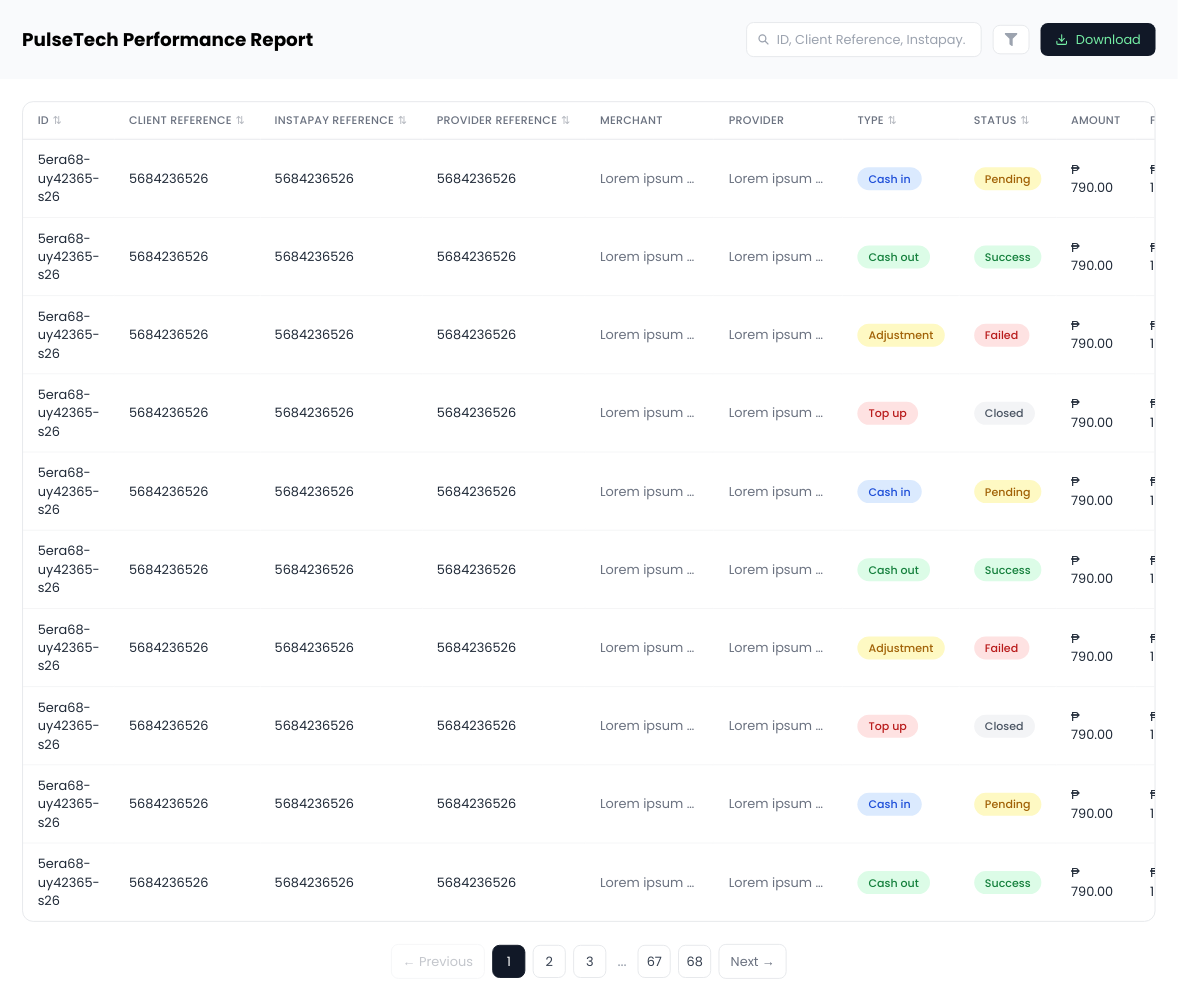
Repository: ShyrineJardin/pulse_admin
Page: /dashboard
The author's editor kept a copy of each file at every save. The page is drawn from the files as they stood at one save, then again after a run of saves.
The browser window is 1280 px wide. The pictures show the whole page, at 92% of full size.
The project was rebuilt for these pictures with package versions that can differ from the ones it lists, and the page was loaded fresh each time. Also part of the build but not shown: src/components/Login.jsx.

Above is the page before, as saved 2026-03-26 15:17:24.

After the next 2 saves:
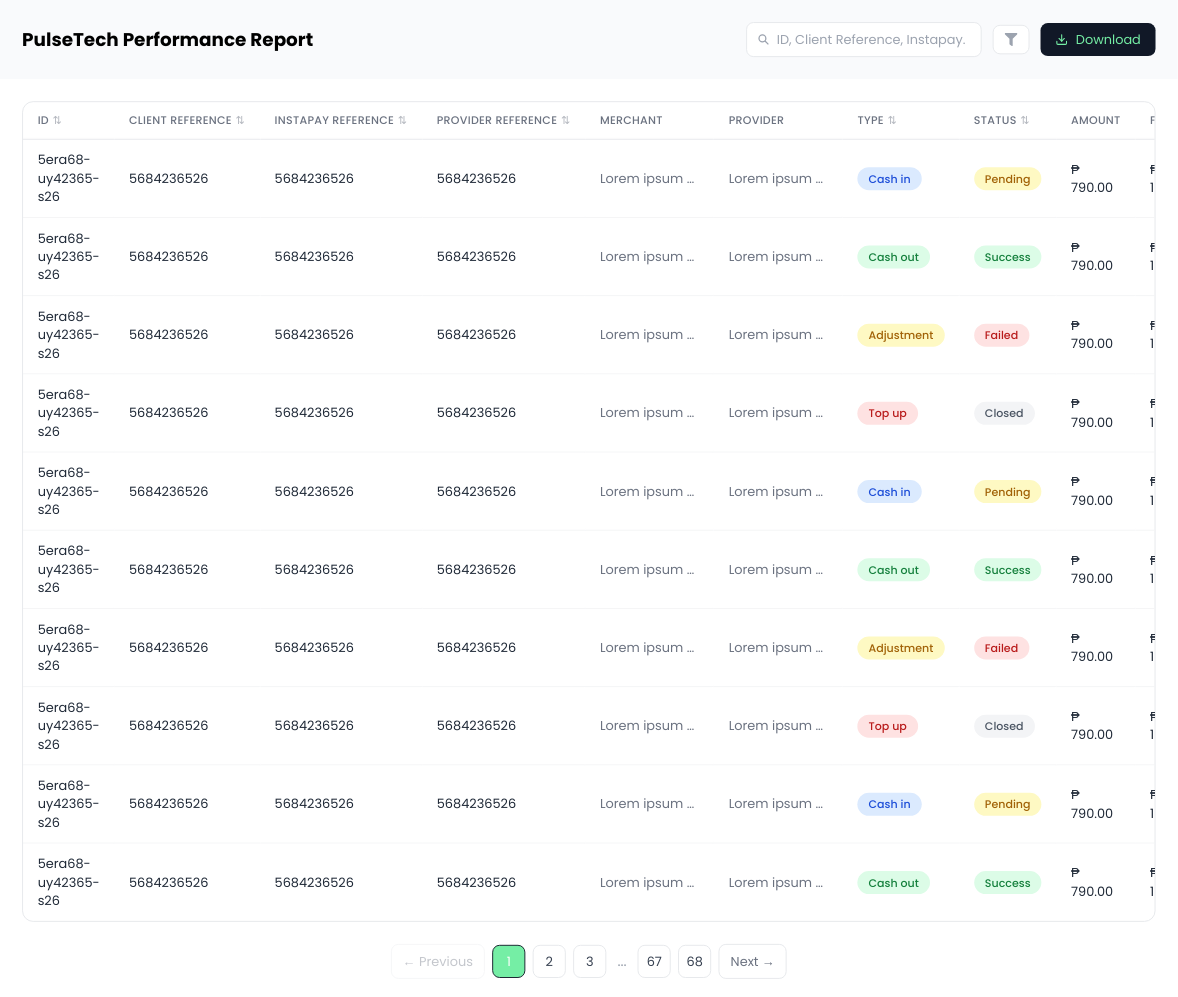
The 2 saves are shown as one change because they came seconds apart.
The last was saved 2 min 8 s later.
--- a/src/components/Dashboard.jsx
+++ b/src/components/Dashboard.jsx
@@ -218,7 +218,7 @@
               onClick={() => goPage(page)}
               className={`w-9 h-9 text-sm rounded-lg border
                 ${currentPage === page
-                  ? "bg-gray-900 text-white border-gray-900"
+                  ? "bg-primary text-white border-gray-900"
                   : "border-gray-200 text-gray-700 hover:bg-gray-50"
                 }`}
             >
